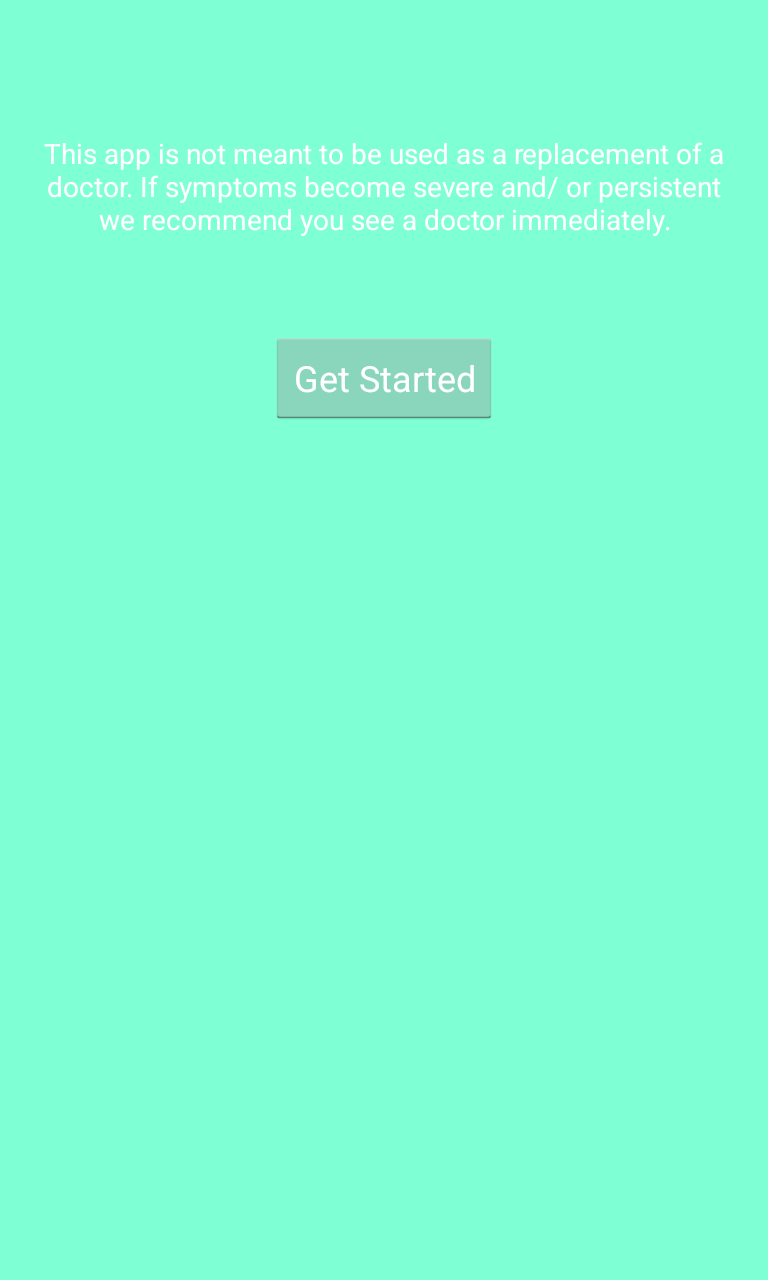
Repository: rosingrr/SympMeds
Layout: app/SympMeds/res/layout/activity_main.xml
These files come from the project's save history. The layout is drawn as it stood at one moment and after the next save; the edit follows.
It is drawn on a 768 x 1280 px phone screen (xhdpi) without system bars, with theme AppTheme; the app's code is not run.

Above is the layout before, as saved 2013-08-03 03:23:39.

After the next save:
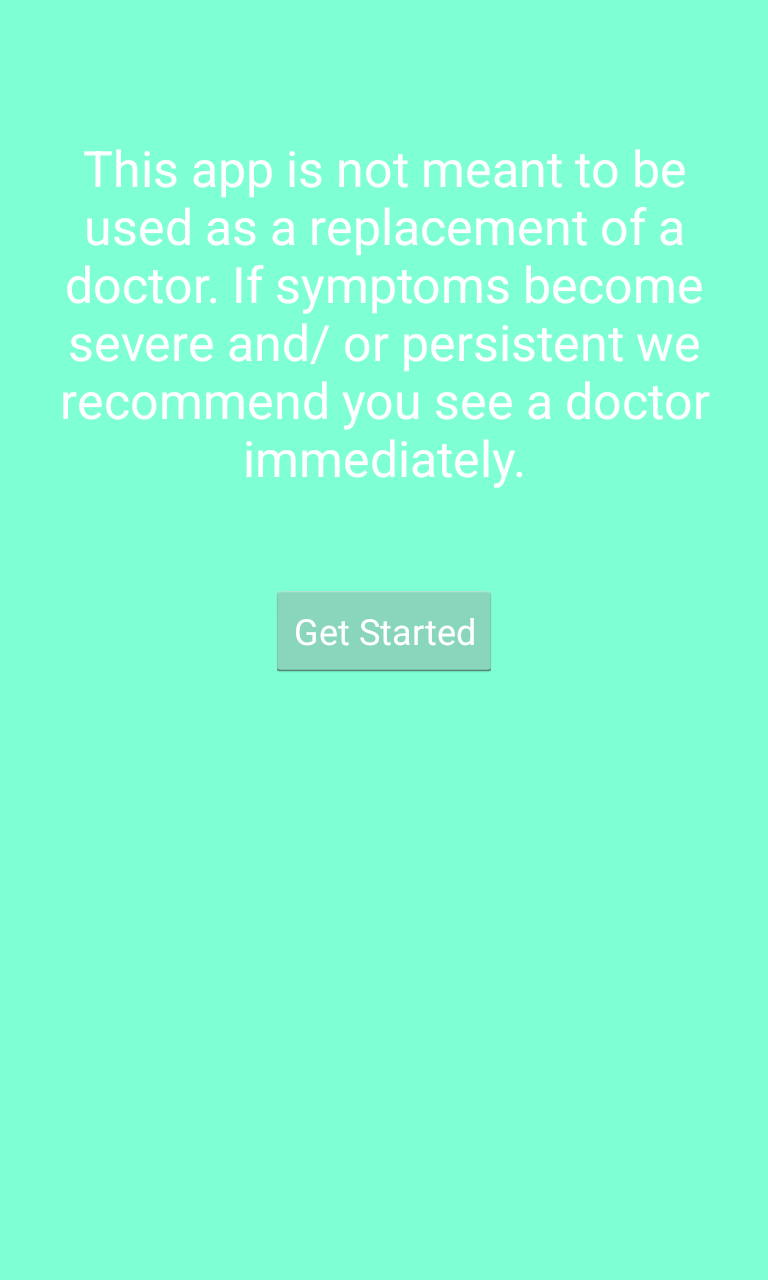
Saved 55 s later.
--- a/app/SympMeds/res/layout/activity_main.xml
+++ b/app/SympMeds/res/layout/activity_main.xml
@@ -30,6 +30,6 @@
         android:gravity="center"
         android:text="@string/welcome"
         android:textColor="@color/white"
-        android:textSize="@string/25" />
+        android:textSize="@dimen/font_25" />
 
 </RelativeLayout>
